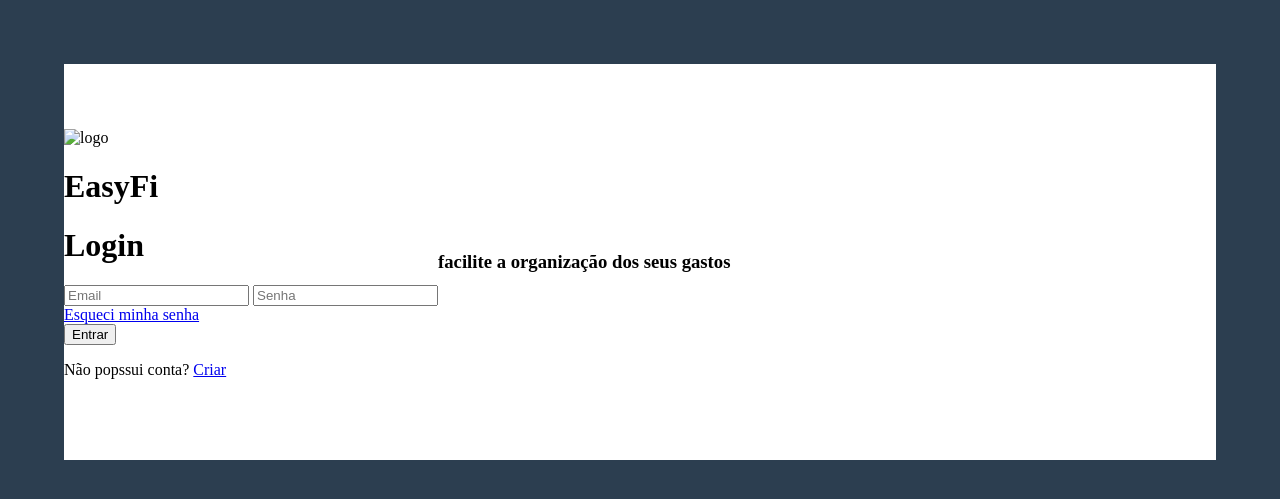
Repository: Ingridiag/projeto-engenharia
Page: login.html
The author's editor kept a copy of each file at every save. The page is drawn from the files as they stood at one save, then again after a run of saves.
The browser window is 1280 px wide. The pictures show the whole page.

Above is the page before, as saved 2024-10-28 15:15:36.

### login.html
<!DOCTYPE html>
<html lang="pt">

<head>
    <meta charset="UTF-8">
    <meta name="viewport" content="width=device-width, initial-scale=1.0">
    <link rel="stylesheet" href="style.css">
    <title>Login</title>
</head>

<body>
    <div class="container">

        <!-- Tela Login -->
        <div class="login">
            <div class="primeira-coluna">
                <div>
                    <img src="#" alt="logo">
                    <h1>EasyFi</h1>
                </div>
                <div>
                    <h1 class="title">Login</h1>
                    <form>
                        <input type="email" placeholder="Email">
                        <input type="password" placeholder="Senha">
                    </form>
                    <div>
                        <a href="#" class="link">Esqueci minha senha</a>

                    </div>
                    <div class="btn-default">
                        <button>
                            Entrar
                        </button>
                    </div>
                    <div>
                        <p>Não popssui conta?
                            <span>
                                <a href="#" class="link">Criar</a>
                            </span>
                        </p>
                    </div>
                </div>
            </div>
            <div class="segunda-coluna">
                <h3 class="mensagem">
                    facilite a organização dos seus gastos
                </h3>
            </div>
        </div>



        <div class="cadastro">
            <!-- Tela Cadastro -->
            <div class="primeira-coluna">
                <h3 class="mensagem">
                    facilite a organização dos seus gastos
                </h3>
            </div>

            <div class="segunda-coluna">
                <div>
                    <img src="#" alt="logo">
                    <h1>EasyFi</h1>
                </div>
                <div>
                    <h1 class="title">Criar Conta</h1>
                    <form>
                        <input type="text" placeholder="Nome">
                        <input type="email" placeholder="Email">
                        <input type="password" placeholder="Senha">
                        <input type="password" placeholder=" Confirmar senha">
                    </form>
                    <div>
                        <a href="#" class="link">Esqueci minha senha</a>

                    </div>
                    <div class="btn-default">
                        <button>
                            Entrar
                        </button>
                    </div>
                    <div>
                        <p>Já possui conta?
                            <span>
                                <a href="#" class="link">Login</a>
                            </span>
                        </p>
                    </div>
                </div>
            </div>
        </div>


    </div>

</body>

</html>

### style.css
body {
    margin: 0;
    padding: 0;
    box-sizing: border-box;
    background: #2C3E50;
}
.container{
    display: flex;
}

.login{
    width: 100%;
    height: 55vh;
    margin: 5% ;
    display: flex;
    align-items: center;
    background: #fff;
}

.cadastro{
    display: none;
    flex-direction: column;
    position: relative;
}

After the next 2 saves:
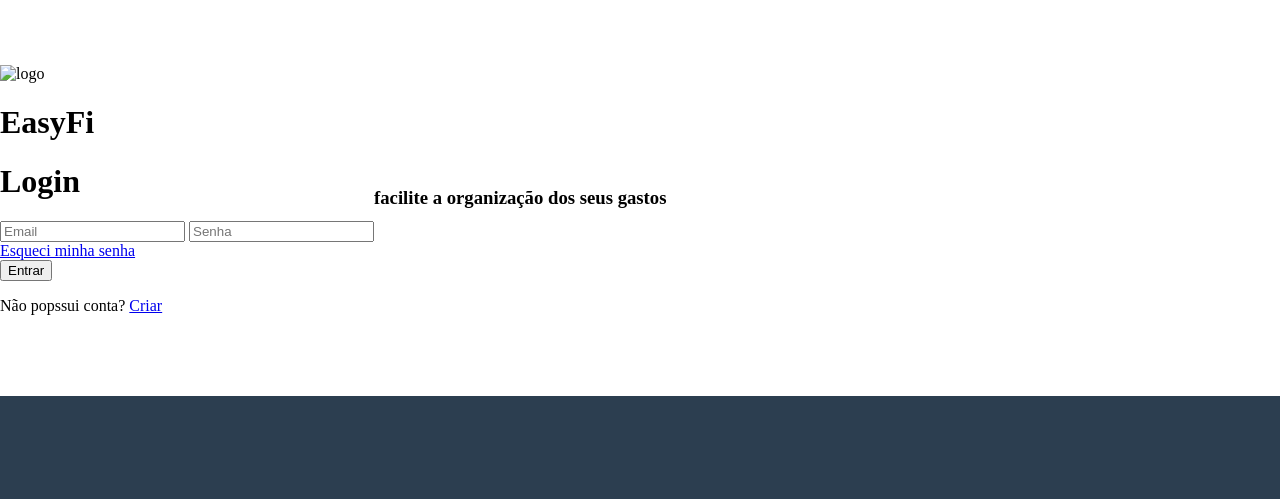
The 2 saves are shown as one change because they came seconds apart.
The last was saved 14 s later.
--- a/style.css
+++ b/style.css
@@ -11,7 +11,7 @@ body {
 .login{
     width: 100%;
     height: 55vh;
-    margin: 5% ;
+    padding: ;
     display: flex;
     align-items: center;
     background: #fff;
